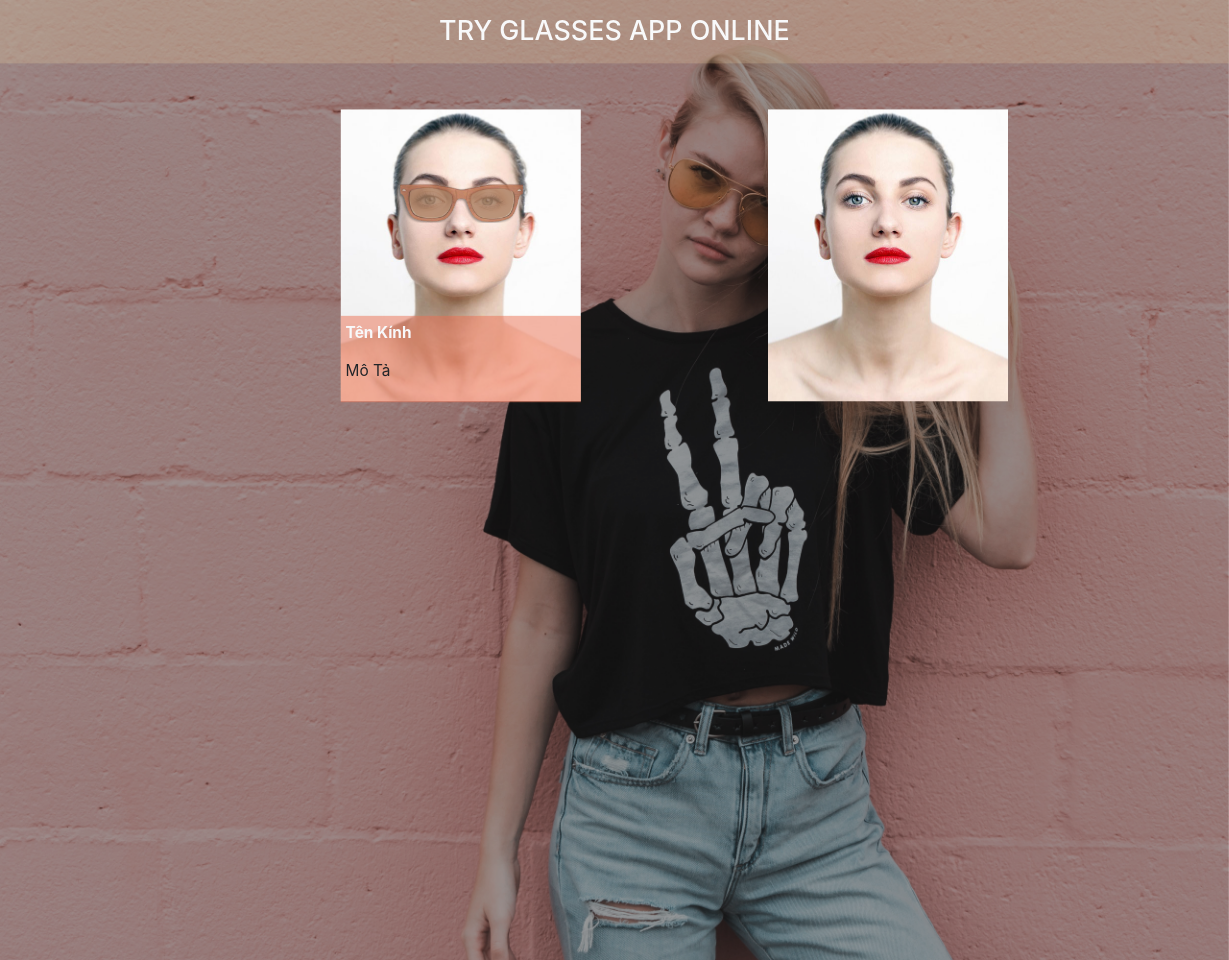
Repository: LeHieuSP/Baitapthukinh_LTH_FE70
Page: /
An editor plug-in stored every save of this project. The page is shown before and after the next save, followed by the edit.
The browser window is 1280 px wide. The pictures show the whole page, at 96% of full size.
The project was rebuilt for these pictures with package versions that can differ from the ones it lists, and the page was loaded fresh each time. Also part of the build but not shown: src/index.css, src/App.css, src/redux/actions/BaiTapDatVeAction.js, src/BaiTapRedux/BaiTapBookingTicket/ThongTinDatGhe.js, src/BaiTapRedux/BaiTapBookingTicket/HangGhe.js, src/BaiTapRedux/BaiTapBookingTicket/BaiTapBookingTicket.js.

Above is the page before, as saved 2022-03-09 22:58:32.

### public/index.html
<!DOCTYPE html>
<html lang="en">
  <head>
    <meta charset="utf-8" />
    <link rel="icon" href="%PUBLIC_URL%/favicon.ico" />
    <meta name="viewport" content="width=device-width, initial-scale=1" />
    <meta name="theme-color" content="#000000" />
    <meta
      name="description"
      content="Web site created using create-react-app"
    />
    <link rel="apple-touch-icon" href="%PUBLIC_URL%/logo192.png" />
    <!--
      manifest.json provides metadata used when your web app is installed on a
      user's mobile device or desktop. See https://developers.google.com/web/fundamentals/web-app-manifest/
    -->
    <link rel="manifest" href="%PUBLIC_URL%/manifest.json" />
    <!--
      Notice the use of %PUBLIC_URL% in the tags above.
      It will be replaced with the URL of the `public` folder during the build.
      Only files inside the `public` folder can be referenced from the HTML.

      Unlike "/favicon.ico" or "favicon.ico", "%PUBLIC_URL%/favicon.ico" will
      work correctly both with client-side routing and a non-root public URL.
      Learn how to configure a non-root public URL by running `npm run build`.
    -->
    <link rel="stylesheet" href="https://stackpath.bootstrapcdn.com/bootstrap/4.3.1/css/bootstrap.min.css" integrity="sha384-ggOyR0iXCbMQv3Xipma34MD+dH/1fQ784/j6cY/iJTQUOhcWr7x9JvoRxT2MZw1T" crossorigin="anonymous">

    <title>React App</title>
  </head>
  <body>
    <noscript>You need to enable JavaScript to run this app.</noscript>
    <div id="root"></div>
    <!--
      This HTML file is a template.
      If you open it directly in the browser, you will see an empty page.

      You can add webfonts, meta tags, or analytics to this file.
      The build step will place the bundled scripts into the <body> tag.

      To begin the development, run `npm start` or `yarn start`.
      To create a production bundle, use `npm run build` or `yarn build`.
    -->
    <script src="https://code.jquery.com/jquery-3.3.1.slim.min.js" integrity="sha384-q8i/X+965DzO0rT7abK41JStQIAqVgRVzpbzo5smXKp4YfRvH+8abtTE1Pi6jizo" crossorigin="anonymous"></script>
    <script src="https://cdnjs.cloudflare.com/ajax/libs/popper.js/1.14.7/umd/popper.min.js" integrity="sha384-UO2eT0CpHqdSJQ6hJty5KVphtPhzWj9WO1clHTMGa3JDZwrnQq4sF86dIHNDz0W1" crossorigin="anonymous"></script>
    <script src="https://stackpath.bootstrapcdn.com/bootstrap/4.3.1/js/bootstrap.min.js" integrity="sha384-JjSmVgyd0p3pXB1rRibZUAYoIIy6OrQ6VrjIEaFf/nJGzIxFDsf4x0xIM+B07jRM" crossorigin="anonymous"></script>




  </body>
</html>

### src/index.js
import React from 'react';
import ReactDOM from 'react-dom';
import './index.css';
import App from './App';
import reportWebVitals from './reportWebVitals';

import {Provider} from 'react-redux';
import {createStore} from 'redux';
import {rootReducer} from './redux/reducer/rootReducer';

const store = createStore(rootReducer);

ReactDOM.render(
  <Provider store={store}>

    <App />

  </Provider>,
  document.getElementById('root')
);

// If you want to start measuring performance in your app, pass a function
// to log results (for example: reportWebVitals(console.log))
// or send to an analytics endpoint. Learn more: https://bit.ly/CRA-vitals
reportWebVitals();

### src/App.js

import { Component } from 'react';
import './App.css';
import BaiTapBookingTicket from './BaiTapRedux/BaiTapBookingTicket/BaiTapBookingTicket';
import BaiTapThuKinh from './BaiTapThuKinh/BaiTapThuKinh';

export default class App extends Component {
  render() {
    return (
      <div>
        {/* <BaiTapBookingTicket /> */}
        <BaiTapThuKinh />
      </div>
    )
  }
}

### src/redux/reducer/rootReducer.js
import { combineReducers } from "redux";

//import (combineReducers)
import BaiTapDatVeReducer from './BaiTapDatVeReducer';
export const rootReducer = combineReducers ({
     BaiTapDatVeReducer, // state bài tập đặt vé
})


//export default rootReducer ;

### src/BaiTapThuKinh/BaiTapThuKinh.js
import React, { Component } from "react";

export default class BaiTapThuKinh extends Component {
  render() {

    const styleGlasses = {
        width: '131px',
        top: '76px',
        right: '78.3px',
        opacity: '0.8'

    }

    const infoGlasses = {
    width: '250px',
    backgroundColor: 'rgba(235,113,83,.5)',
    top: '215px',
    left: '270px',
    textAlign: 'left',
    padding: '5px'
    }


    return (
      <div
        style={{
          backgroundImage: "url(./glassesImage/bg.jpg)",
          backgroundRepeat: "no-repeat",
          backgroundSize: "1500px",
          height: "1000px",
        }}
      >
        <div style={{ backgroundColor: "rgba(0,0,0,.3)", height: "1000px" }}>
          <h3
            style={{ backgroundColor: "rgba(252	,224,166,.2)" }}
            className="text-center text-light p-3"
          >
            TRY GLASSES APP ONLINE
          </h3>
          <div className="container">
            <div className="row mt-5 text-center">
              <div className="col-6">
                  <div className="position-relative">
                <img className="position-absolute"
                  style={{ width: "250px" }}
                  src="./glassesImage/model.jpg"
                  alt="model.jpg"
                />
                <img style={styleGlasses}
                className="position-absolute" src="./glassesImage/v1.png"
                />
                <div style={infoGlasses} className="position-relative">
                  <p className="font-weight-bold text-light">Tên Kính</p>
                  <p>Mô Tả</p>

                  </div>
                </div>
              </div>
              <div className="col-6">
                <img
                  style={{ width: "250px" }}
                  src="./glassesImage/model.jpg"
                  alt="model.jpg"
                />

              </div>
            </div>
          </div>
        </div>
      </div>
    );
  }
}

### src/redux/reducer/BaiTapDatVeReducer.js
import { DAT_GHE, HUY_GHE } from "../types/BaiTapDatVeType";

const stateDefault = {
  danhSachGheDangDat: [

  ],
};

const BaiTapDatVeReducer = (state = stateDefault, action) => {
  switch (action.type) {
    case DAT_GHE: {
      let danhSachGheDangDatUpdate = [...state.danhSachGheDangDat];
      let index = danhSachGheDangDatUpdate.findIndex(
        (gheDangDat) => gheDangDat.soGhe === action.ghe.soGhe
      );
      if (index !== -1) {//khi người dùng click ghế đang đặt đã có trong mảng => remove đi
        danhSachGheDangDatUpdate.splice(index, 1);
      } else {//khi người dùng click ghế đang đặt chưa có trong mảng => push vào
          danhSachGheDangDatUpdate.push(action.ghe)
      }
      // cập nhật lại state => giao diện render lại
      state.danhSachGheDangDat = danhSachGheDangDatUpdate;

      return { ...state };
    }
    case HUY_GHE : {
      let danhSachGheDangDatUpdate = [...state.danhSachGheDangDat];
      let index = danhSachGheDangDatUpdate.findIndex(
        (gheDangDat) => gheDangDat.soGhe === action.soGhe
      );
      if (index !== -1) {//khi người dùng click ghế đang đặt đã có trong mảng => remove đi
        danhSachGheDangDatUpdate.splice(index, 1);
      }
      state.danhSachGheDangDat = danhSachGheDangDatUpdate;
      return {...state};
    }
    default:
      return { ...state };
  }
};

export default BaiTapDatVeReducer;

### src/BaiTapRedux/BaiTapBookingTicket/BaiTapBookingTicket.css
@font-face {
  font-family: "fontGame";
  src: url("/src/./font/Pony.ttf");
}

.bookingMovie {
  font-family: "fontGame";
}

.ghe {
  border: 3px solid orange;
  width: 45px;
  height: 35px;
  font-size: 12px;
  margin-left: 2%;
  margin-bottom: 1%;
  border-radius: 5px;
}

.rowNumber {
  /* font-size: 25px; */
  width: 45px;
  height: 35px;
  background: none;
  border: none;
  margin-left: 2%;
  margin-bottom: 1%;
  font-size: 30px;
  color: yellow;
}
.firstChar {
  color: yellow;
  font-size: 35px;
  margin-right: 15px;
}

.screen {
  border-bottom: 50px solid rgb(255, 159, 95);
  border-left: 50px solid transparent;
  border-right: 50px solid transparent;
  height: 100;
  width: 80%;
  filter: drop-shadow(4px 30px 20px rgba(255, 255, 255, 0.5));
  font-size: 25px;
  color: #fff;
}

.gheDuocChon {
  border: 3px solid orange;

  background: orange;
  color: #000;

  cursor: no-drop !important;
  border-radius: 5px;
  width: 45px;
  height: 35px;
}

.gheDangChon {
  background: rgb(109, 238, 109);
  border: 3px solid rgb(109, 238, 109);
  color: #000;

  cursor: pointer;
  border-radius: 5px;
  width: 45px;
  height: 35px;
}

### src/redux/types/BaiTapDatVeType.js
export const DAT_GHE = 'DAT_GHE';
export const HUY_GHE = 'HUY_GHE';

Loaded but not shown: src/reportWebVitals.js (common file)

After the next save:
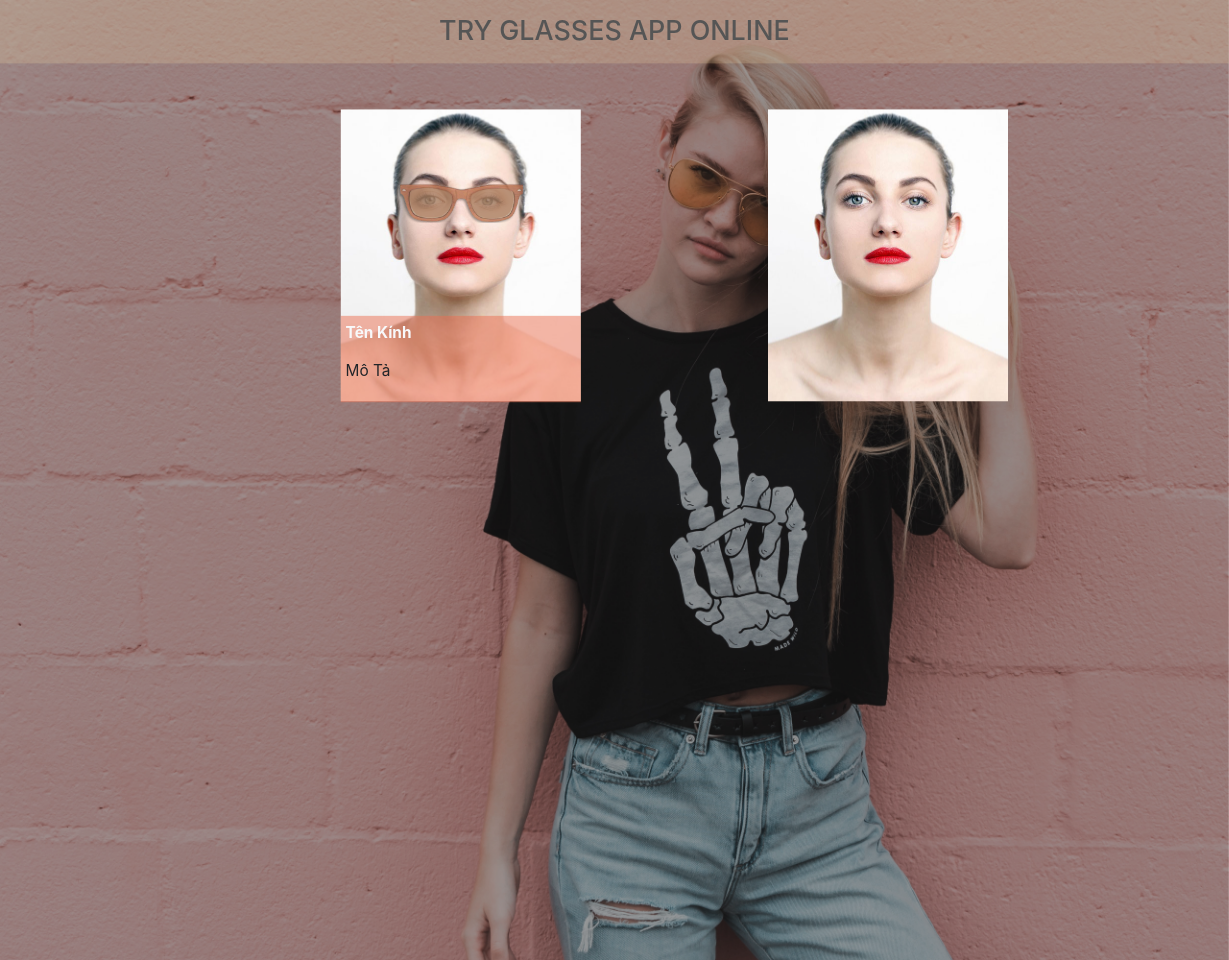
Saved 3 min 11 s later.
--- a/src/BaiTapThuKinh/BaiTapThuKinh.js
+++ b/src/BaiTapThuKinh/BaiTapThuKinh.js
@@ -32,8 +32,8 @@
       >
         <div style={{ backgroundColor: "rgba(0,0,0,.3)", height: "1000px" }}>
           <h3
-            style={{ backgroundColor: "rgba(252	,224,166,.2)" }}
-            className="text-center text-light p-3"
+            style={{ backgroundColor: "rgba(252	,224,166,.2)", color:'#555555' }}
+            className="text-center  p-3"
           >
             TRY GLASSES APP ONLINE
           </h3>
